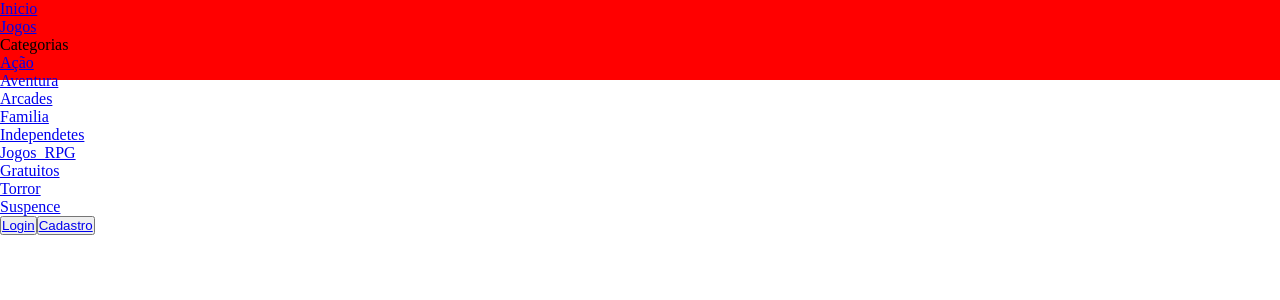
Repository: MarcoantonioCaldeira/Projeto-Go-Gamming
Page: /
An editor plug-in stored every save of this project. The page is shown before and after the next save, followed by the edit.
The browser window is 1280 px wide. The pictures show the whole page.
The project was rebuilt for these pictures with package versions that can differ from the ones it lists, and the page was loaded fresh each time. Also part of the build but not shown: src/pages/Inicio/estilo.css, src/pages/rodape/rodape.js, src/pages/Inicio/Inicio.js, src/pages/Jogos/Jogos.js, src/pages/Categorias/Acao.js, src/pages/Categorias/Aventura.js, src/pages/Categorias/Arcades.js, src/pages/Categorias/Familia.js and 7 more.

Above is the page before, as saved 2023-01-25 22:46:58.

### src/App.js
import ReactDOM from "react-dom/client";
import "./fonts/Poppins.ttf";
import { BrowserRouter, Routes, Route } from "react-router-dom";

import Menu from "./pages/Menu/Menu";
import Inicio from "./pages/Inicio/Inicio";

//Categorias
import Jogos from "./pages/Jogos/Jogos";
import Acao from "./pages/Categorias/Acao";
import Aventura from "./pages/Categorias/Aventura";
import Arcades from "./pages/Categorias/Arcades";
import Familia from "./pages/Categorias/Familia";
import Independentes from "./pages/Categorias/Independentes";
import Jogos_RPG from "./pages/Categorias/Jogos_RPG";
import Gratuitos from "./pages/Categorias/Gratuitos";
import Terror from "./pages/Categorias/Terror";
import Suspence from "./pages/Categorias/Suspence";


import Login from "./pages/Login/Login";
import Cadastro from "./pages/Cadastro/Cadastro";

function App() {
  return (
   <BrowserRouter>
    <Routes>
      <Route path="/" element={<Menu />}>
        <Route path="Inicio" element={<Inicio />}/>
        <Route path="jogos" element={< Jogos />}/>
          <Route path="Acao" element={<Acao />}/>
          <Route path="Aventura" element={<Aventura />}/>
          <Route path="Arcades" element={<Arcades />}/>
          <Route path="Familia" element={<Familia />}/>
          <Route path="Independentes" element={<Independentes />}/>
          <Route path="Jogos_RPG" element={<Jogos_RPG />}/>
          <Route path="Gratuitos" element={<Gratuitos />}/>
          <Route path="Terror" element={<Terror />}/>
          <Route path="Suspence" element={<Suspence />}/>
        <Route path="Login" element={<Login />}/>
        <Route path="Cadastro" element={<Cadastro />}/>
      </Route>
    </Routes>
   </BrowserRouter>
  );
}

const root = ReactDOM.createRoot(document.getElementById('root'))
root.render(<App />);
export default App;

### src/pages/Menu/Menu.js
import { Outlet, Link } from "react-router-dom";
import './estilo.css';


const Menu = () => {
  return (
      <>
        <nav id="nav_bar">
          <ul>
            <li>
              <Link to="./Inicio">Inicio</Link>
            </li>
            <li>
              <Link to="./Jogos">Jogos</Link>
            </li>
            <ul>
              <a>Categorias</a>
                <li><Link to="./Acao">Ação</Link></li>
                <li><Link to="./Aventura">Aventura</Link></li>
                <li><Link to="./Arcades">Arcades</Link></li>
                <li><Link to="./Familia">Familia</Link></li>
                <li><Link to="./Independentes">Independetes</Link></li>
                <li><Link to="./Jogos_RPG">Jogos_RPG</Link></li>
                <li><Link to="./Gratuitos">Gratuitos</Link></li>
                <li><Link to="./Terror">Torror</Link></li>
                <li><Link to="./Suspence">Suspence</Link></li>
            </ul>
          </ul>
          <button><Link to="./Login">Login</Link></button>
          <button><Link to="./Cadastro">Cadastro</Link></button>
        </nav>
        <Outlet />
      </>
  )
};

export default Menu;

### src/pages/Menu/estilo.css

*{
    margin: 0;
    padding: 0;
}

/* a, ul{
    display: inline;
    color: white;
    text-decoration: none !important;
    font-family: Arial;
} */

#nav_bar{
    position:relative;
    width: 100%;
    list-style:none;
    /* float:left; */
    background-color: red;
    height: 80px;
}

Loaded but not shown: public/index.html (common file); src/index.js (common file); src/reportWebVitals.js (common file)

After the next save:
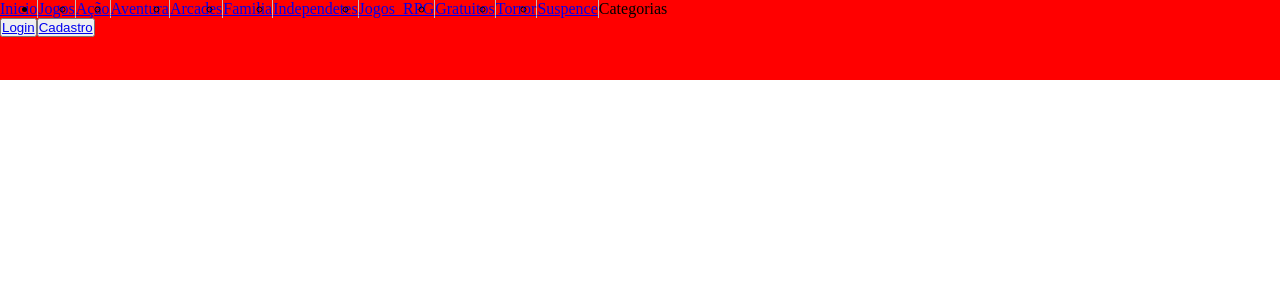
Saved 68 s later.
--- a/src/pages/Menu/estilo.css
+++ b/src/pages/Menu/estilo.css
@@ -19,3 +19,9 @@
     background-color: red;
     height: 80px;
 }
+
+#nav_bar li{
+    position:relative;
+float:left;
+border-right:1px solid #c0c0c0;
+}
